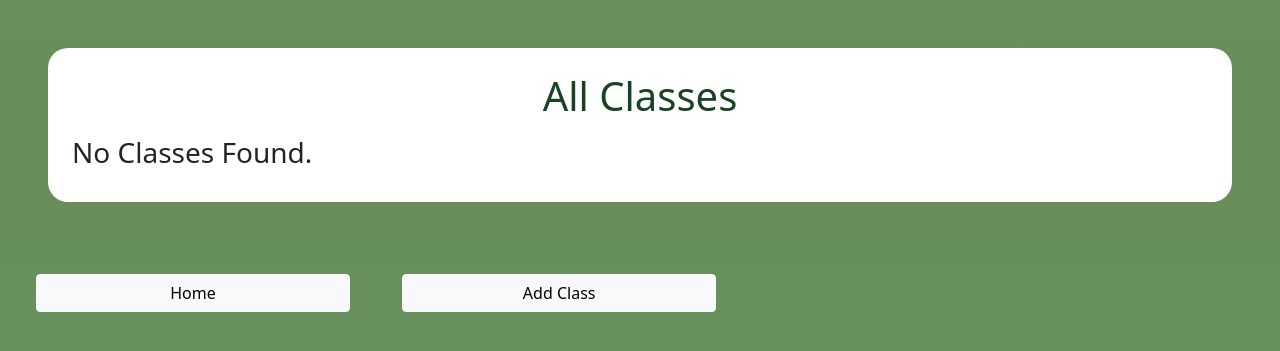
Repository: ronetteguevara/CalTech-ZumbaApp
Page: http://localhost/ZumbaApp/ViewClasses.jsp
These files come from the project's save history. The page is drawn as it stood at one moment and after the next save; the edit follows.
The browser window is 1280 px wide. The pictures show the whole page.
The page is served by Tomcat 10. Queries for data that is not in the repository find no rows.

Above is the page before, as saved 2024-05-03 02:15:29.

After the next save:
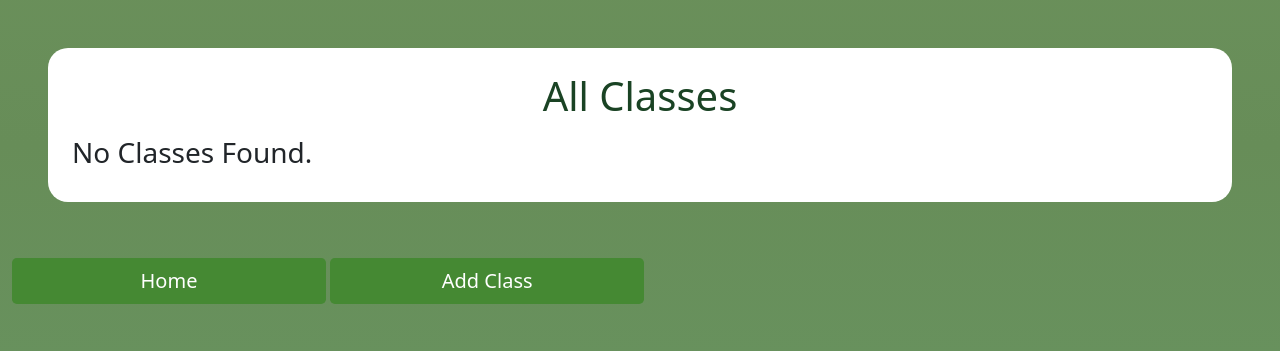
Saved 2 min 17 s later.
--- a/ZumbaApp/ZumbaApp/src/main/webapp/ViewClasses.jsp
+++ b/ZumbaApp/ZumbaApp/src/main/webapp/ViewClasses.jsp
@@ -56,8 +56,8 @@
             out.print("</div>");
         %>
         <div class="container-fluid justify-content-center">
-        <button type="button" class="w-25 btn btn-primary btn-light mx-4 my-4" href="Home.jsp">Home</button>
-        <button type="button" class="w-25 btn btn-primary btn-light mx-4 my-4" href="add-class.html">Add Class</button>
+		<a class="w-25 btn btn-lg btn-primary button mt-2 mb-5" href="Home.jsp">Home</a>
+		<a class="w-25 btn btn-lg btn-primary button mt-2 mb-5" href="add-class.html">Add Class</a>
 		</div>
 </body>
 </html>
